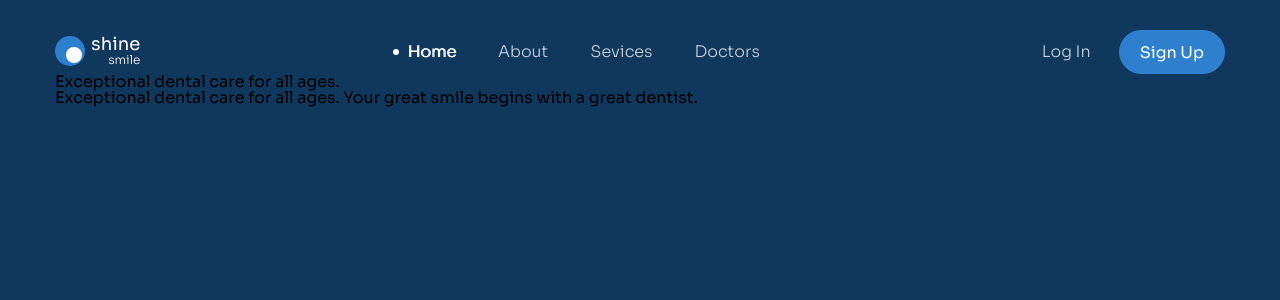
Repository: trungnguyen131/project-03
Page: index.html
These files come from the project's save history. The page is drawn as it stood at one moment and after the next save; the edit follows.
The browser window is 1280 px wide. The pictures show the whole page.

Above is the page before, as saved 2024-03-31 16:36:51.

### index.html
<!DOCTYPE html>
<html lang="en">
<head>
    <meta charset="UTF-8">
    <meta name="viewport" content="width=device-width, initial-scale=1.0">
    <title>Shine Smile</title>

    <!-- Embed fonts -->
    <link rel="preconnect" href="https://fonts.googleapis.com">
    <link rel="preconnect" href="https://fonts.gstatic.com" crossorigin>
    <link href="https://fonts.googleapis.com/css2?family=Sora:wght@100..800&display=swap" rel="stylesheet">

    <!-- favicon -->
    <link rel="apple-touch-icon" sizes="57x57" href="./assets/favicon/apple-icon-57x57.png">
    <link rel="apple-touch-icon" sizes="60x60" href="./assets/favicon/apple-icon-60x60.png">
    <link rel="apple-touch-icon" sizes="72x72" href="./assets/favicon/apple-icon-72x72.png">
    <link rel="apple-touch-icon" sizes="76x76" href="./assets/favicon/apple-icon-76x76.png">
    <link rel="apple-touch-icon" sizes="114x114" href="./assets/favicon/apple-icon-114x114.png">
    <link rel="apple-touch-icon" sizes="120x120" href="./assets/favicon/apple-icon-120x120.png">
    <link rel="apple-touch-icon" sizes="144x144" href="./assets/favicon/apple-icon-144x144.png">
    <link rel="apple-touch-icon" sizes="152x152" href="./assets/favicon/apple-icon-152x152.png">
    <link rel="apple-touch-icon" sizes="180x180" href="./assets/favicon/apple-icon-180x180.png">
    <link rel="icon" type="image/png" sizes="192x192"  href="./assets/favicon/android-icon-192x192.png">
    <link rel="icon" type="image/png" sizes="32x32" href="./assets/favicon/favicon-32x32.png">
    <link rel="icon" type="image/png" sizes="96x96" href="./assets/favicon/favicon-96x96.png">
    <link rel="icon" type="image/png" sizes="16x16" href="./assets/favicon/favicon-16x16.png">
    <link rel="manifest" href="./assets/favicon/manifest.json">
    <meta name="msapplication-TileColor" content="#ffffff">
    <meta name="msapplication-TileImage" content="./assets/favicon/ms-icon-144x144.png">
    <meta name="theme-color" content="#ffffff">

    <!-- reset css -->
    <link rel="stylesheet" href="./assets/css/reset.css">

    <!-- Styles css -->
    <link rel="stylesheet" href="./assets/css/style.css">

</head>
<body>
    <header class="header">
        <div class="container">
            <!-- Header top -->
            <div class="header-top">
                <!-- Logo -->
                <a  href="/">
                    <div class="logo">
                        <span class="logo__circle"></span>
                        <span class="logo__text">
                            <span class="logo__branch">shine</span>
                            <span class="logo__branch logo__branch--small">smile</span>
                        </span>
                    </div>
                </a>

                <!-- Navbar -->
                <nav class="navbar">
                    <ul class="navbar__list">
                        <li class="navbar__item ">
                            <a href="#!" class="navbar__link navbar__item--active">Home</a>
                        </li>
                        <li class="navbar__item">
                            <a href="#!" class="navbar__link">About</a>
                        </li>
                        <li class="navbar__item">
                            <a href="#!" class="navbar__link">Sevices</a>
                        </li>
                        <li class="navbar__item">
                            <a href="#!" class="navbar__link">Doctors</a>
                        </li>
                    </ul>
                </nav>

                <!-- Action -->
                <div class="header-action">
                    <a href="#!" class="header-action__login ">Log In</a>
                    <a href="#!" class="btn header-action__signup">Sign Up</a>
                </div>

            </div>
            <!-- Hero -->
            <section class="hero">
                <!-- Hero content -->
                <section class="hero_content">
                    <h1 class="hero__heading">Exceptional dental care for all ages.</h1>
                    <p class="hero_desc">
                        Exceptional dental care for all ages. Your great smile begins with a great dentist.
                    </p>

                </section>
                <!-- Hero media -->
                <div class="hero_media">
                    <figure class="hero_images">
                        <img src="" alt="" class="hero_img">
                        <img src="" alt="" class="hero_img">
                    </figure>
                </div>
            </section>
        </div>
    </header>
</body>
</html>

### assets/css/style.css
* {
    box-sizing: border-box;
}

:root {
    --header-bg: #10375C;
}

html {
    font-size: 62.5%;
}

body {
    font-size: 1.6rem;
    font-family: "Sora", sans-serif;
}

/* common */

a {
    text-decoration: none;
}
.container {
    width: 1170px;
    max-width: calc(100% - 48px);
    margin: 0 auto;
}

.btn {
    --height: 60px;
    color:#fff;
    background:#2E80CE ;
    height: var(--height);
    padding: 0 20px;
    display: inline-block;
    line-height: var(--height);
    border-radius: 99px;
    min-width: 205px;
    text-align: center;
    font-size: 1.6rem;
    font-weight: 400;
    border: 1px solid #2E80CE;
}

.btn:hover {
    opacity: 0.9;
    cursor: pointer;
}

/* Header */
.header {
    min-height: 100vh;
    padding-top: 30px;
    background:var(--header-bg);
}

.logo {
    font-size: 1rem;
    position: relative;
    display: inline-flex;
}

.logo__circle::before,
.logo__circle::after {
    content: " ";
    display: inline-block;
    border-radius: 50%;
}

.logo__circle::before {
    width: 3em;
    height: 3em;
    background-color: #2E80CE;
}

.logo__circle::after {
    position: absolute;
    top: 1.1em;
    left: 1.1em;
    width: 1.6em;
    height: 1.6em;
    background-color: #ffffff;
}

.logo__text {
    margin-left: 0.6em;
    text-align: right;
    line-height: 1.6em;
}

.logo__branch {
    font-size: 1.8em;
    font-weight: 400;
    color:#fff;
    display: block;
}

.logo__branch--small {
    font-size: 1.2em;
    font-weight: 300;
}

/* Header top */
.header-top {
    display: flex;
    align-items: center;
    justify-content: space-between;
}

.navbar__list {
    display: flex;
}
.header-action__login,
.navbar__link {
    padding:4px 21px;
    color:#C9D2DA;
    font-size: 1.6rem;
    font-weight: 300;
}
.navbar__link:hover,
.navbar__item--active {
    color:#fff;
    text-shadow: 1px 0 0 currentColor;
}

.navbar__item--active::before {
    position: relative;
    top:-2px;
    left: -8px;
    content: " ";
    display: inline-block;
    width: 6px;
    height: 6px;
    border-radius: 50%;
    background-color: #fff;
}

.header-action {
    display: flex;
    align-items: center;
}

.header-action__login {
    margin-right: 7px;
}

.header-action__signup {
    --height: 44px;
    min-width: 104px;
}

Loaded but not shown: assets/css/reset.css (common file)

After the next save:
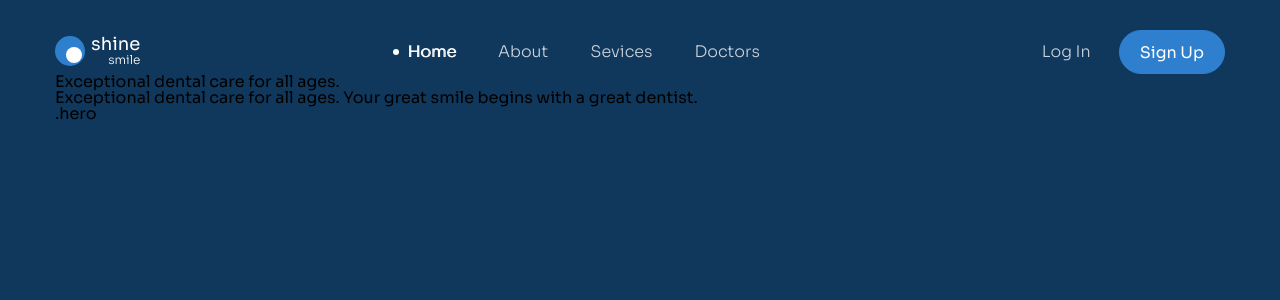
Saved 6 s later.
--- a/index.html
+++ b/index.html
@@ -85,7 +85,7 @@
                     <p class="hero_desc">
                         Exceptional dental care for all ages. Your great smile begins with a great dentist.
                     </p>
-
+                    .hero
                 </section>
                 <!-- Hero media -->
                 <div class="hero_media">
